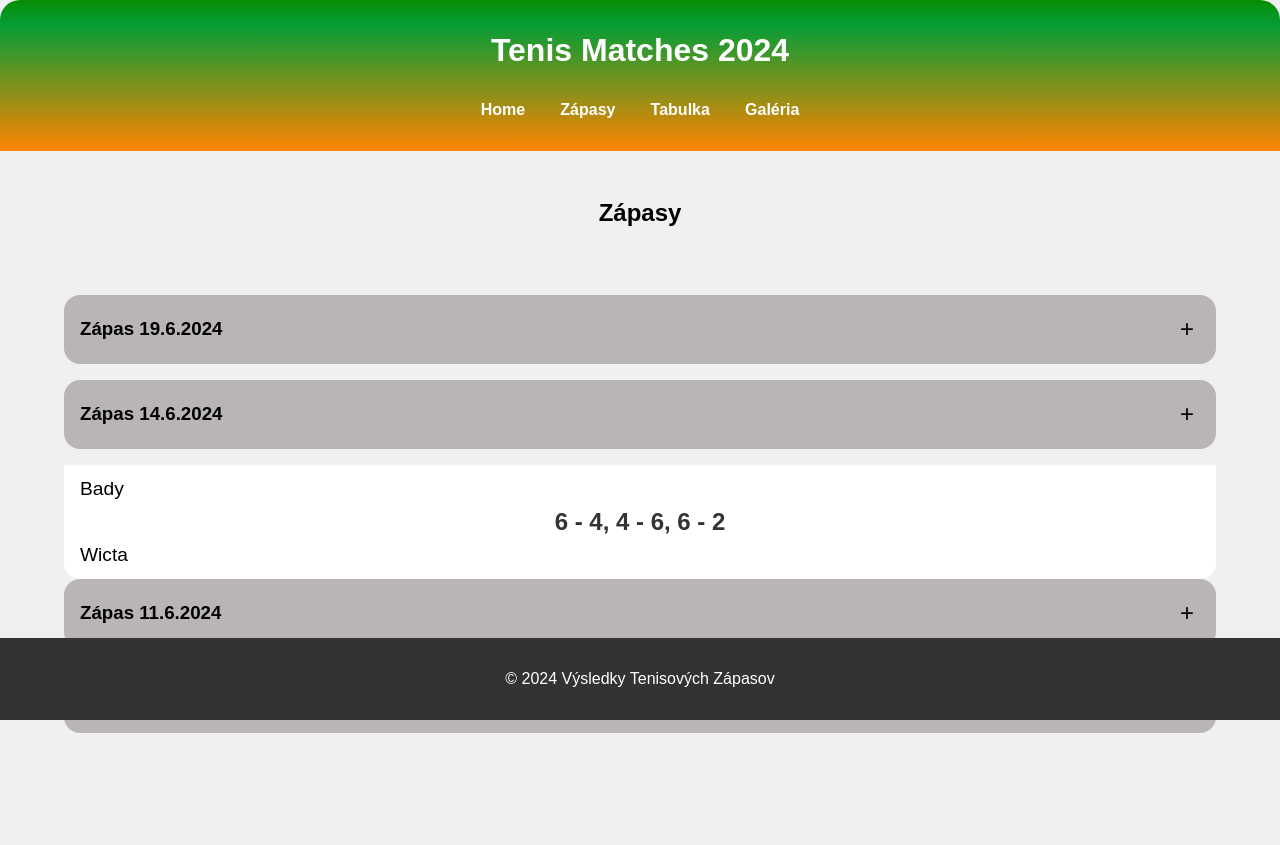
Repository: Badynko/tenis
Page: matches.html
The author's editor kept a copy of each file at every save. The page is drawn from the files as they stood at one save, then again after the next save.
The browser window is 1280 px wide. The pictures show the whole page.

Above is the page before, as saved 2024-07-23 17:48:46.

After the next save:
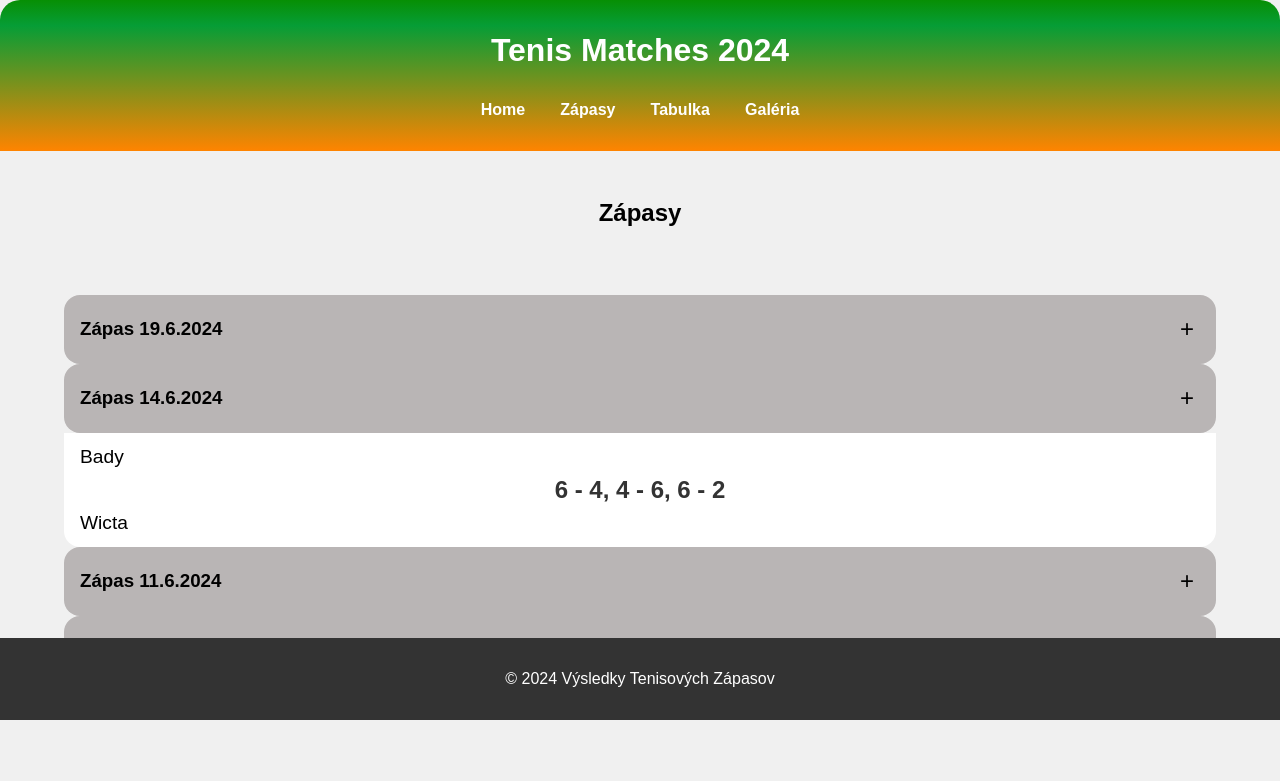
Saved 19 s later.
--- a/css/style.css
+++ b/css/style.css
@@ -156,7 +156,6 @@ footer {
   background-color: #b9b5b5;
   border-radius: 1rem;
   cursor: pointer;
-  margin-bottom: 1rem;
 }
 
 .accordion-header button {
